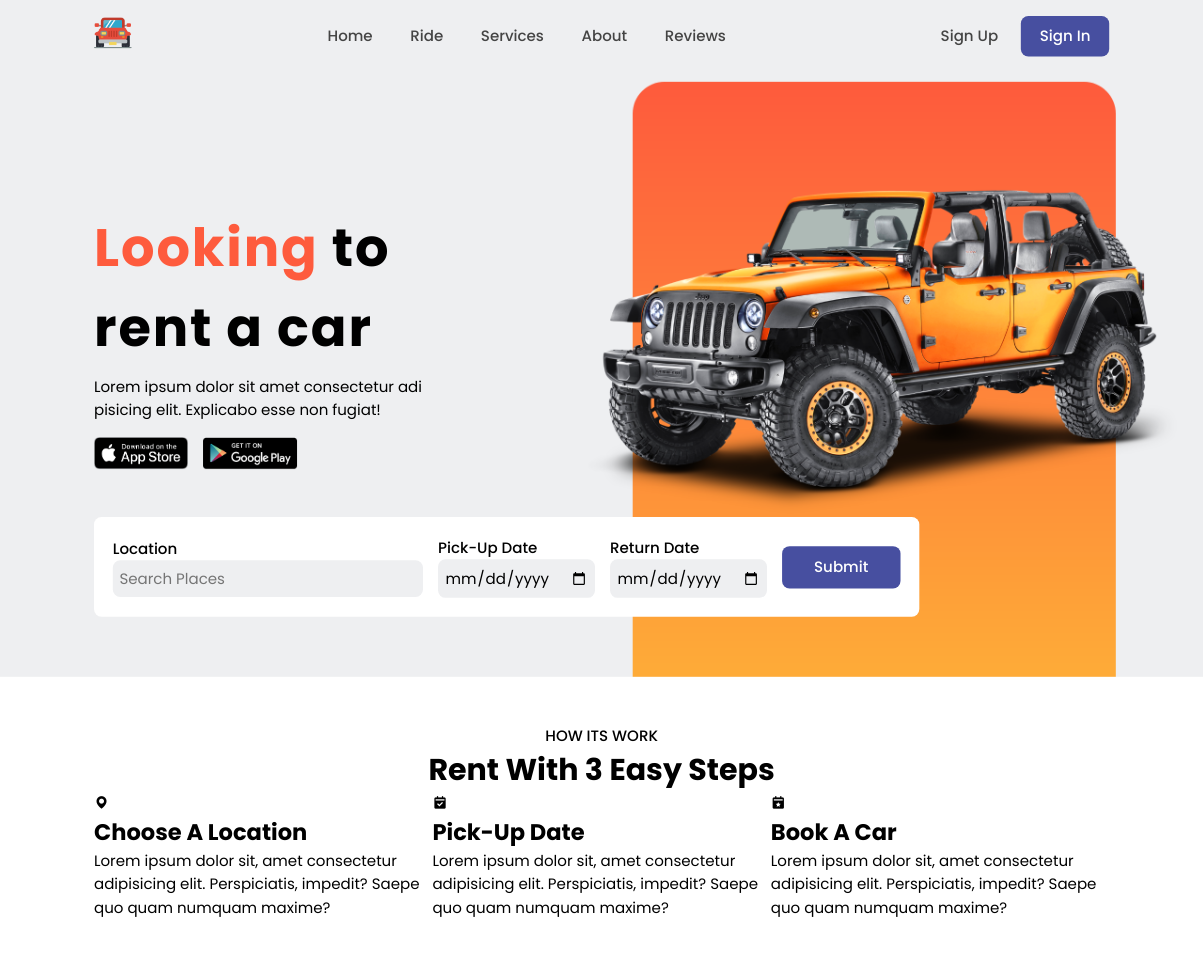
Repository: douglasabnovato/car-rental
Page: index.html
An editor plug-in stored every save of this project. The page is shown before and after the next save, followed by the edit.
The browser window is 1280 px wide. The pictures show the whole page, at 94% of full size.

Above is the page before, as saved 2025-05-16 13:36:44.

After the next save:
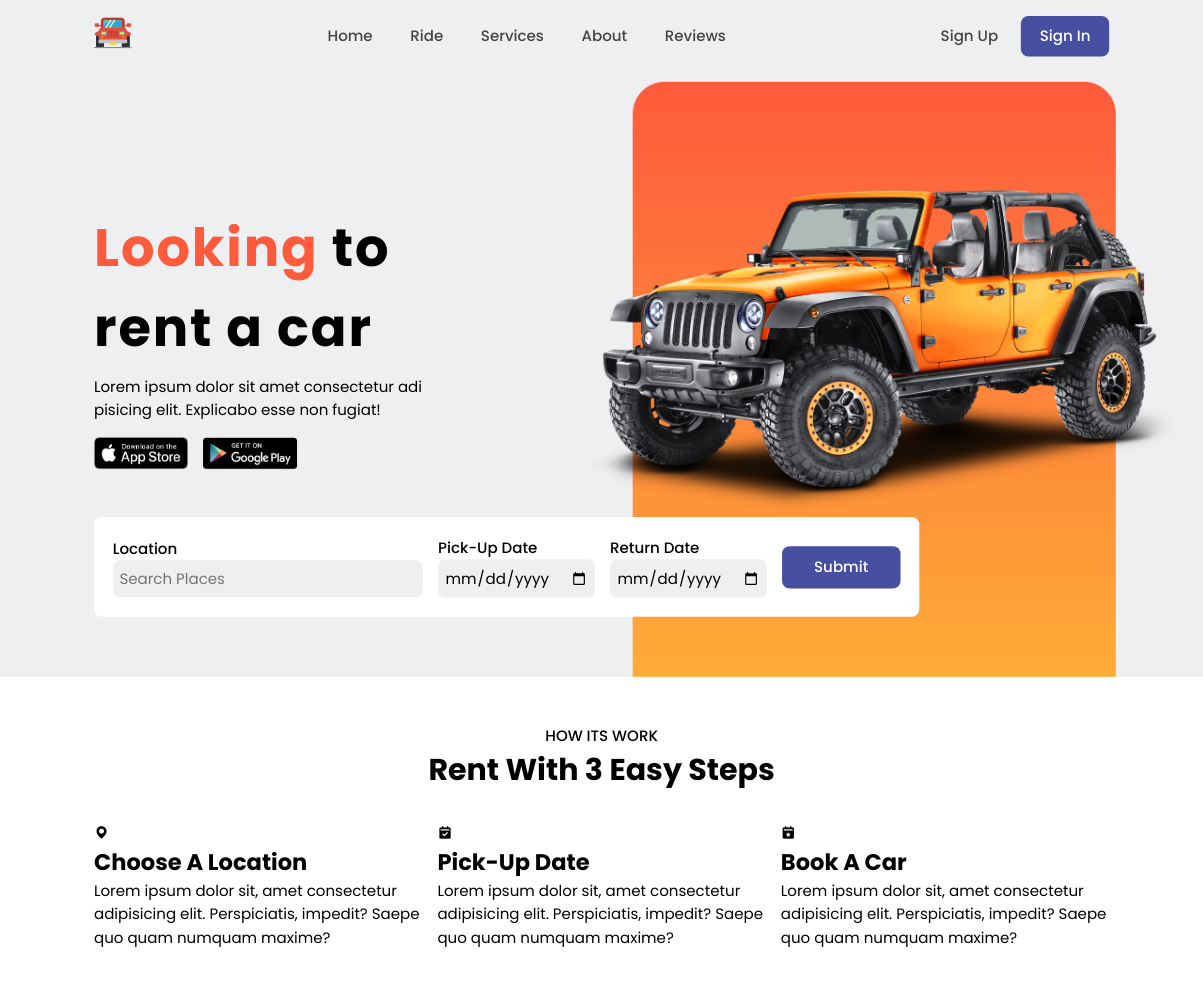
Saved 16 s later.
--- a/style.css
+++ b/style.css
@@ -210,4 +210,6 @@ header {
     display: grid;
     align-items: center;
     grid-template-columns: repeat(auto-fit, minmax(250px,auto));
-}
+    gap: 1rem;
+    margin-top: 2rem;
+}
